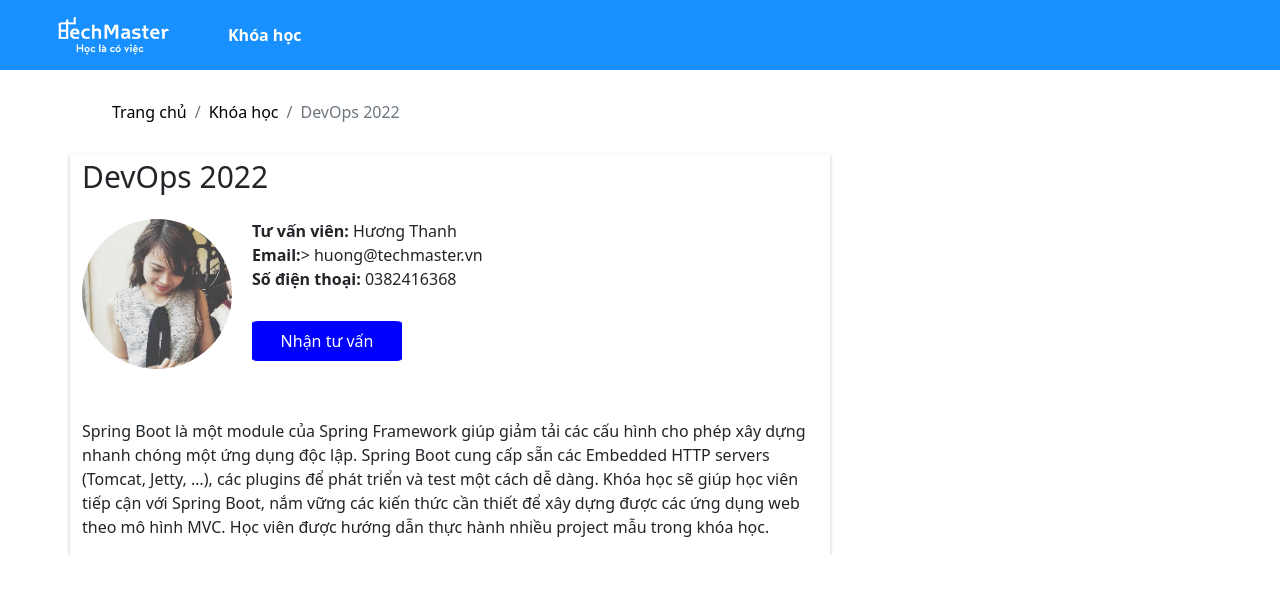
Repository: khanhnahk306/khanhnahk.github.io
Page: Clone_Techmaster/html/devops.html
These files come from the project's save history. The page is drawn as it stood at one moment and after a run of saves; the edit follows.
The browser window is 1280 px wide. The pictures show the whole page.

Above is the page before, as saved 2022-06-10 13:39:08.

### Clone_Techmaster/html/devops.html
<!DOCTYPE html>
<html lang="en">

<head>
    <meta charset="UTF-8">
    <meta http-equiv="X-UA-Compatible" content="IE=edge">
    <meta name="viewport" content="width=device-width, initial-scale=1.0">
    <title>TechMaster</title>
    <link href="https://cdn.jsdelivr.net/npm/bootstrap@5.0.2/dist/css/bootstrap.min.css" rel="stylesheet"
        integrity="sha384-EVSTQN3/azprG1Anm3QDgpJLIm9Nao0Yz1ztcQTwFspd3yD65VohhpuuCOmLASjC" crossorigin="anonymous">
    <link rel="stylesheet" href="../css/style.css">
    <nav class="navbar navbar-expand-md navbar-dark" style="background-color: #1890ff; height: 70px;">
        <div class="image">
            <a href="../html/index.html">
                <img src="../picture/Capture.PNG" style="margin-left: 50px; width: 120px; ">
            </a>
        </div>
        <button class="navbar-toggler" type="button" data-toggle="collapse" data-target="#collapsibleNavbar">
            <span class="navbar-toggler-icon"></span>
        </button>
        <div class="collapse navbar-collapse" id="collapsibleNavbar">
            <ul class="navbar-nav">
                <li class="nav-item">
                    <a class="nav-link" href="#" style="margin-left: 50px; font-weight: bolder; color: white;">Khóa
                        học</a>
                </li>
            </ul>
        </div>
    </nav>
    <style>
        button {
            width: 150px;
            height: 40px;
            margin-top: 30px;
            background-color: blue;
            color: #fff;
            border-radius: 5%;
            border: 1px solid blue;
        }

        img {
            border-radius: 50%;
            -moz-border-radius: 50%;
            -webkit-border-radius: 50%;
        }
    </style>
</head>

<body>
    <div class="container">
        <div class="row">
            <div class="col-12">
                <ul class="breadcrumb" style="margin: 30px;">
                    <li class="breadcrumb-item"><a href="../html/index.html">Trang chủ</a></li>
                    <li class="breadcrumb-item"><a href="#">Khóa học</a></li>
                    <li class="breadcrumb-item active" aria-current="page">DevOps 2022</li>
                </ul>
            </div>
        </div>
        <div class="row">
            <div class="col-sm-12 col-md-8" style="box-shadow: 0 2px 3px 1px rgb(0 0 0 / 15%);">
                <div class="title" style="margin-bottom: 20px; font-size: 30px;">DevOps 2022</div>
                <div class="support" style="display: flex;">
                    <div class="support-left">
                        <img src="../picture/avatar.png">
                    </div>
                    <div class="support-right" style="margin-left: 20px;">
                        <span><b>Tư vấn viên:</b> Hương Thanh</span><br>
                        <span><b>Email:</b>> huong@techmaster.vn</span><br>
                        <span><b>Số điện thoại:</b> 0382416368</span><br>
                        <button type="button">Nhận tư vấn</button>
                    </div>
                </div>
                <div class="content">
                    <p>
                        Spring Boot là một module của Spring Framework giúp giảm tải các cấu hình cho phép xây dựng
                        nhanh chóng một ứng dụng độc lập. Spring Boot cung cấp sẵn các Embedded HTTP servers (Tomcat,
                        Jetty, …), các plugins để phát triển và test một cách dễ dàng.

                        Khóa học sẽ giúp học viên tiếp cận với Spring Boot, nắm vững các kiến thức cần thiết để xây dựng
                        được các ứng dụng web theo mô hình MVC. Học viên được hướng dẫn thực hành nhiều project mẫu
                        trong khóa học.
                    </p>
                </div>
            </div>
        </div>
    </div>
</body>

</html>

### Clone_Techmaster/css/style.css
html,
body {
    width: auto !important;
    overflow-x: hidden !important;
}

* {
    box-sizing: border-box;
}

a {
    text-decoration: none;
    color: black;
}

h1 {
    text-align: center;
    color: black;
}

h2 {
    margin-left: 10px;
    font-size: 20px;
}

p {
    margin-top: 50px;
}

.md-radio {
    font-size: 25px;
}

.search {
    margin-right: 523px;
    margin-left: 7px;
    margin-top: 15px;
    width: 270px;
    border-radius: 2%;
    border: 1px solid white;
}

.container {
    margin: auto;
    display: flex;
    flex-wrap: wrap;
}

.row {
    width: 1200px;
}

.picture {
    width: 270px;
    height: 270px;
    border-radius: 2% 2% 0 0;
    object-fit: cover;
}

.box {
    width: 270px;
    margin: 15px;
    background-color: white;
    border-radius: 2%;
    box-shadow: 0 2px 3px 1px rgb(0 0 0 / 15%);
}

.description {
    max-width: 100px;
    margin-left: 10px;
    margin-right: 10px;
}

.box:hover {
    transform: scale(1);
    transition: 1s;
    opacity: 1.0;
    filter: drop-shadow(5px 10px 5px gray);
}

After the next 2 saves:
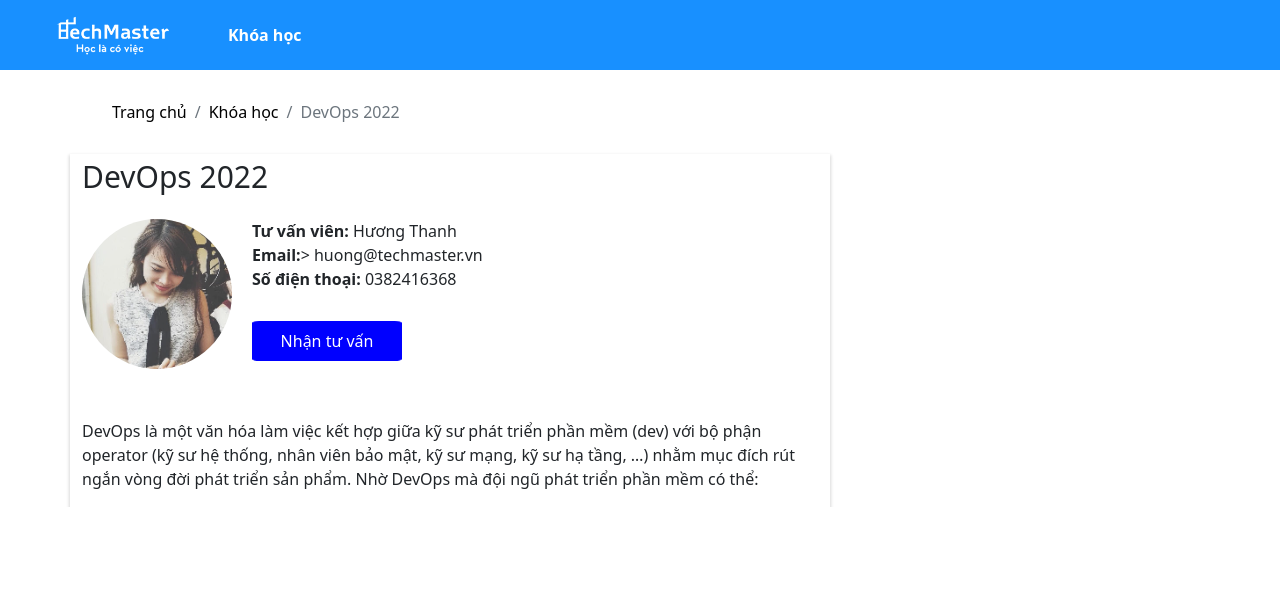
The 2 saves are shown as one change because they came seconds apart.
The last was saved 22 s later.
--- a/Clone_Techmaster/html/devops.html
+++ b/Clone_Techmaster/html/devops.html
@@ -73,13 +73,9 @@
                 </div>
                 <div class="content">
                     <p>
-                        Spring Boot là một module của Spring Framework giúp giảm tải các cấu hình cho phép xây dựng
-                        nhanh chóng một ứng dụng độc lập. Spring Boot cung cấp sẵn các Embedded HTTP servers (Tomcat,
-                        Jetty, …), các plugins để phát triển và test một cách dễ dàng.
-
-                        Khóa học sẽ giúp học viên tiếp cận với Spring Boot, nắm vững các kiến thức cần thiết để xây dựng
-                        được các ứng dụng web theo mô hình MVC. Học viên được hướng dẫn thực hành nhiều project mẫu
-                        trong khóa học.
+                        DevOps là một văn hóa làm việc kết hợp giữa kỹ sư phát triển phần mềm (dev) với bộ phận operator
+                        (kỹ sư hệ thống, nhân viên bảo mật, kỹ sư mạng, kỹ sư hạ tầng, …) nhằm mục đích rút ngắn vòng
+                        đời phát triển sản phẩm. Nhờ DevOps mà đội ngũ phát triển phần mềm có thể:
                     </p>
                 </div>
             </div>
